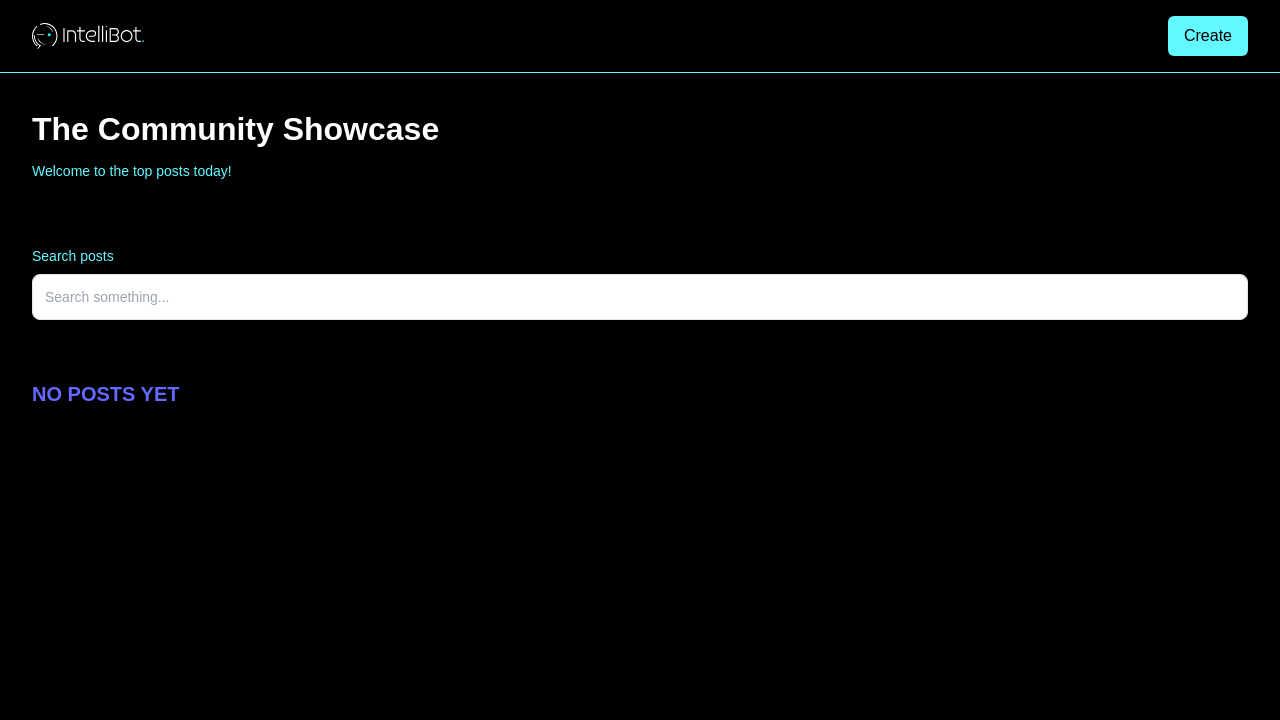
Repository: rhday/intellibot
Page: / (app in client/)
The author's editor kept a copy of each file at every save. The page is drawn from the files as they stood at one save, then again after the next save.
The browser window is 1280 px wide. The pictures show the whole page.
The page's requests for data from a server got no answer. Some web fonts or font styles are not loaded; a fallback is used. The project was rebuilt for these pictures with package versions that can differ from the ones it lists, and the page was loaded fresh each time. No one was signed in, and anything a server would have sent is missing. Also part of the build but not shown: client/vite.config.js, client/src/constants/index.js, client/src/utils/index.js, client/src/components/Card.jsx, client/src/pages/CreatePost.jsx.

Above is the page before, as saved 2023-08-07 16:21:01.

### client/index.html
<!DOCTYPE html>
<html lang="en">
  <head>
    <meta charset="UTF-8" />
    <link rel="icon" type="image/svg+xml" href="/intellibot-icon.svg" />
    <meta name="viewport" content="width=device-width, initial-scale=1.0" />
    <link rel="stylesheet" href="https://rsms.me/roboto/roboto.css" >
    <title>IntelliBot</title>
  </head>
  <body>
    <div id="root"></div>
    <script type="module" src="/src/main.jsx"></script>
  </body>
</html>

### client/src/App.jsx

import React from 'react';
import { BrowserRouter, Link, Route, Routes } from 'react-router-dom';

import { logo } from './assets';
import { Home, CreatePost } from './pages';

const App = () => (
  <BrowserRouter>
    <header className="w-full flex justify-between items-center bg-black sm:px-8 px-4 py-4 border-b border-b-[#63f7ff]">
      <Link to="/">
        <img src={logo} alt="logo" className="w-28 object-contain" />
      </Link>

      <Link to="/create-post" className="font-inter font-medium bg-[#63f7ff] text-black px-4 py-2 rounded-md">Create</Link>
    </header>
    <main className="sm:p-8 px-4 py-8 w-full bg-black min-h-[calc(100vh-73px)]">
      <Routes>
        <Route path="/" element={<Home />} />
        <Route path="/create-post" element={<CreatePost />} />
      </Routes>
    </main>
  </BrowserRouter>
);

export default App;

### client/src/index.css
@tailwind base;
@tailwind components;
@tailwind utilities;

* {
    font-family: 'Arial', sans-serif;
}

@media screen and (min-width: 480px) {
    .card:nth-child(7n + 1) {
        grid-column: auto/span 2;
        grid-row: auto/span 2;
    }
}

.prompt::-webkit-scrollbar {
    width: 5px;
}

.prompt::-webkit-scrollbar-thumb {
  background-color: #666e75;
  border-radius: 5px;
}

### client/src/pages/Home.jsx
import React, { useEffect, useState } from 'react';

import { Card, FormField, Loader } from '../components';

const RenderCards = ({ data, title }) => {
  if (data?.length > 0) {
    return data.map((post) => <Card key={post._id} {...post} />)
  }

  return (
    <h2 className="mt-5 font-bold text-[#6469ff] text-xl uppercase">{title}</h2>
  );
};

const Home = () => {
  const [loading, setLoading] = useState(false);
  const [allPosts, setAllPosts] = useState(null);

  const [searchText, setSearchText] = useState('');
  const [searchTimeout, setSearchTimeout] = useState(null);
  const [searchedResults, setSearchedResults] = useState(null);

  const fetchPosts = async () => {
    setLoading(true);

    try {
      const response = await fetch('https://intellibot-vl66.onrender.com/api/v1/post', {
        method: 'GET',
        headers: {
          'Content-Type': 'application/json',
        },
      });

      if(response.ok) {
        const result = await response.json();
        setAllPosts(result.data.reverse());
      }
    } catch (err) {
      alert(err);
    } finally {
      setLoading(false);
    }
  };

  useEffect(() => {
    fetchPosts();
  }, []);

  const handleSearchChange = (e) => {
    clearTimeout(searchTimeout);
    setSearchText(e.target.value);

    setSearchTimeout(
      setTimeout(() => {
        const searchResult = allPosts.filter((item) => item.name.toLowerCase().includes(searchText.toLowerCase()) || item.prompt.toLowerCase().includes(searchText.toLowerCase()));
        setSearchedResults(searchResult);
      }, 500)
    );
  };

  return (
    <section className="max-w-7xl mx-auto">
      <div>
        <h1 className="font-extrabold text-white text-[32px]">The Community Showcase</h1>
        <p className="mt-2 text-[#63f7ff] text-[14px] max-w-[500px]">Welcome to the top posts today!</p>
      </div>

      <div className="mt-16">
        <FormField
          labelName="Search posts"
          type="text"
          name="text"
          placeholder="Search something..."
          value={searchText}
          handleChange={handleSearchChange}
        />
      </div>

      <div className="mt-10">
        {loading ? (
          <div className="flex justify-center items-center">
            <Loader />
          </div>
        ) : (
          <>
            {searchText && (
              <h2 className="font-medium text-[#63f7ff] text-xl mb-3">
                Showing Resuls for <span className="text-[#63f7ff]">{searchText}</span>:
              </h2>
            )}
            <div className="grid lg:grid-cols-4 sm:grid-cols-3 xs:grid-cols-2 grid-cols-1 gap-3">
              {searchText ? (
                <RenderCards
                  data={searchedResults}
                  title="No Search Results Found"
                />
              ) : (
                <RenderCards
                  data={allPosts}
                  title="No Posts Yet"
                />
              )}
            </div>
          </>
        )}
      </div>
    </section>
  );
};

export default Home;

### client/src/components/FormField.jsx
import React from 'react';

const FormField = ({
  labelName,
  type,
  name,
  placeholder,
  value,
  handleChange,
  isSurpriseMe,
  handleSurpriseMe,
}) => (
  <div>
    <div className="flex items-center gap-2 mb-2">
      <label
        htmlFor={name}
        className="block text-sm font-medium text-[#63f7ff]"
      >
        {labelName}
      </label>
      {isSurpriseMe && (
        <button
          type="button"
          onClick={handleSurpriseMe}
          className="font-semibold text-xs bg-[#63f7ff] py-1 px-2 rounded-[5px] text-white"
        >
          Surprise me
        </button>
      )}
    </div>
    <input
      type={type}
      id={name}
      name={name}
      className="bg-[fff] border text-black text-sm rounded-lg focus:ring-[#63f7ff] focus:border-[#63f7ff] outline-none block w-full p-3"
      placeholder={placeholder}
      value={value}
      onChange={handleChange}
      required
    />
  </div>
);

export default FormField;

### client/src/components/Loader.jsx
import React from 'react';

const Loader = () => (
  <div role="status">
    <svg aria-hidden="true" className="inline w-10 h-10 mr-2 text-gray-200 animate-spin fill-[#6469ff]" viewBox="0 0 100 101" fill="none" xmlns="http://www.w3.org/2000/svg">
      <path d="M100 50.5908C100 78.2051 77.6142 100.591 50 100.591C22.3858 100.591 0 78.2051 0 50.5908C0 22.9766 22.3858 0.59082 50 0.59082C77.6142 0.59082 100 22.9766 100 50.5908ZM9.08144 50.5908C9.08144 73.1895 27.4013 91.5094 50 91.5094C72.5987 91.5094 90.9186 73.1895 90.9186 50.5908C90.9186 27.9921 72.5987 9.67226 50 9.67226C27.4013 9.67226 9.08144 27.9921 9.08144 50.5908Z" fill="currentColor" />
      <path d="M93.9676 39.0409C96.393 38.4038 97.8624 35.9116 97.0079 33.5539C95.2932 28.8227 92.871 24.3692 89.8167 20.348C85.8452 15.1192 80.8826 10.7238 75.2124 7.41289C69.5422 4.10194 63.2754 1.94025 56.7698 1.05124C51.7666 0.367541 46.6976 0.446843 41.7345 1.27873C39.2613 1.69328 37.813 4.19778 38.4501 6.62326C39.0873 9.04874 41.5694 10.4717 44.0505 10.1071C47.8511 9.54855 51.7191 9.52689 55.5402 10.0491C60.8642 10.7766 65.9928 12.5457 70.6331 15.2552C75.2735 17.9648 79.3347 21.5619 82.5849 25.841C84.9175 28.9121 86.7997 32.2913 88.1811 35.8758C89.083 38.2158 91.5421 39.6781 93.9676 39.0409Z" fill="currentFill" />
    </svg>
  </div>
);

export default Loader;

### client/tailwind.config.js
/** @type {import('tailwindcss').Config} */

module.exports = {
  content: ['./src/**/*.{js,jsx}'],
  theme: {
    extend: {
      screens: {
        xs: '480px',
      },
      fontFamily: {
        inter: ['Roboto Slab', 'sans-serif'],
      },
      boxShadow: {
        card: '0 0 1px 0 rgba(189,192,207,0.06),0 10px 16px -1px rgba(189,192,207,0.2)',
        cardhover: '0 0 1px 0 rgba(189,192,207,0.06),0 10px 16px -1px rgba(189,192,207,0.4)',
      },
    },
  },
  plugins: [],
};

Loaded but not shown: client/src/main.jsx (common file); client/src/assets/index.js (common file); client/src/pages/index.jsx (common file); client/src/components/index.js (common file)

After the next save:
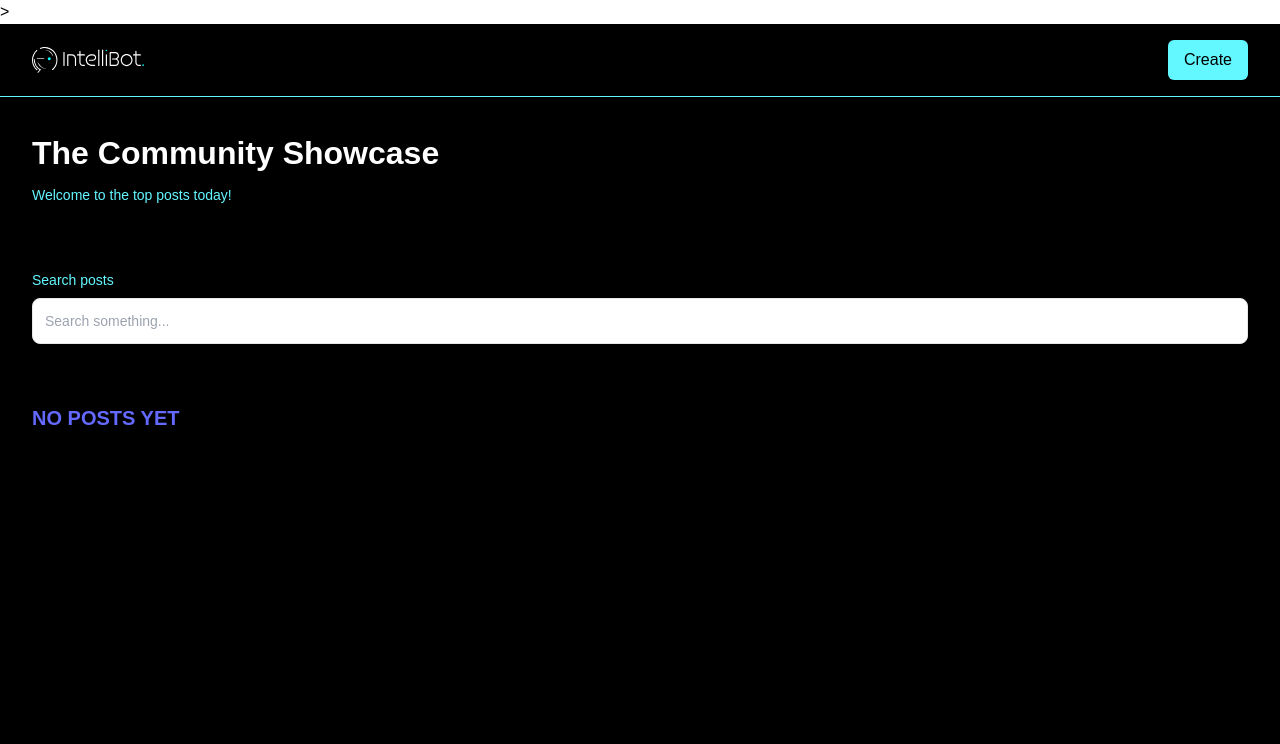
Saved 17 h 42 min later.
--- a/client/index.html
+++ b/client/index.html
@@ -4,7 +4,7 @@
     <meta charset="UTF-8" />
     <link rel="icon" type="image/svg+xml" href="/intellibot-icon.svg" />
     <meta name="viewport" content="width=device-width, initial-scale=1.0" />
-    <link rel="stylesheet" href="https://rsms.me/roboto/roboto.css" >
+    <link rel="stylesheet" href="https://rsms.me/inter/inter.css"> >
     <title>IntelliBot</title>
   </head>
   <body>
